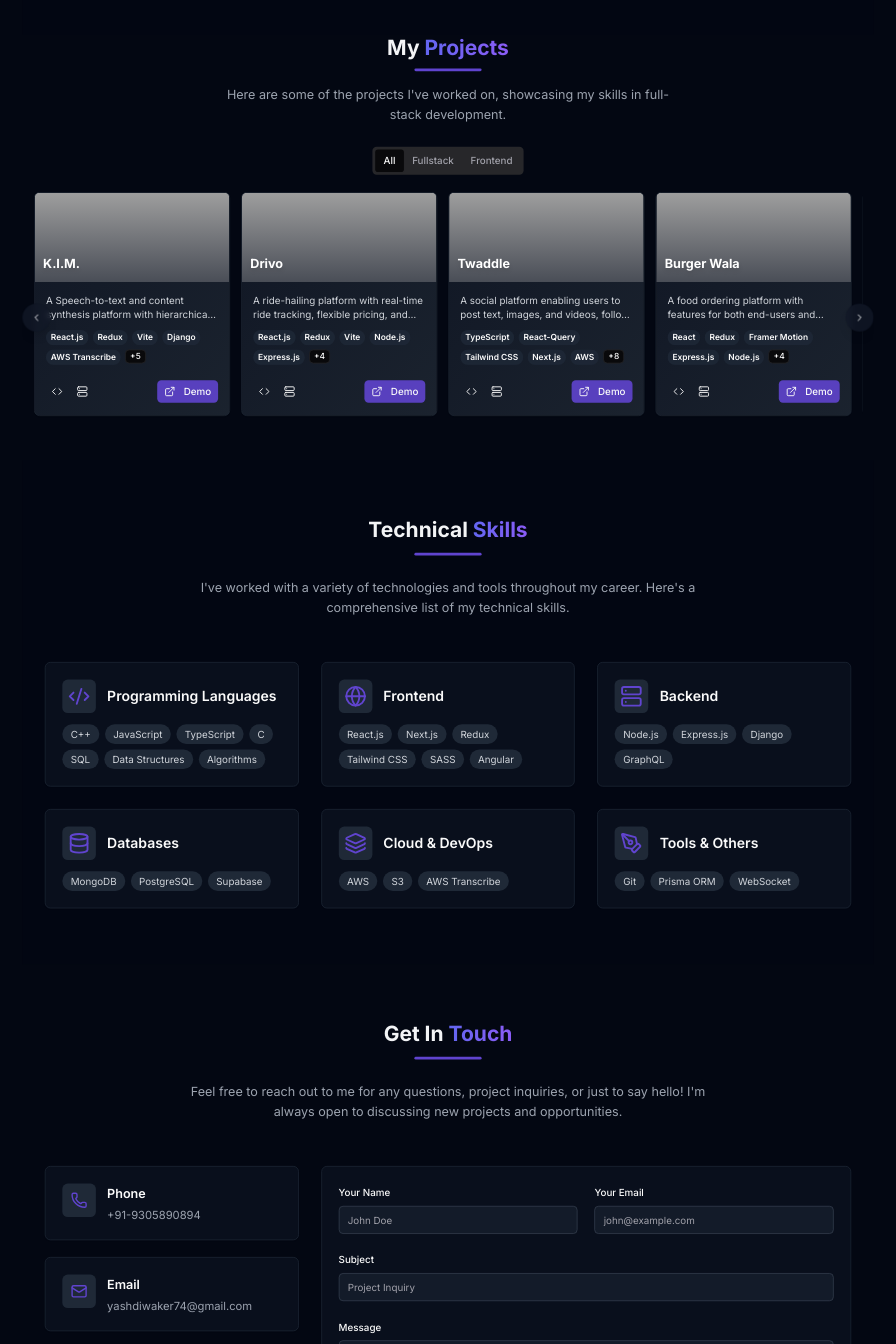
Repository: NoobCoderY/Yash
Page: /
The author's editor kept a copy of each file at every save. The page is drawn from the files as they stood at one save, then again after the next save.
The browser window is 1280 px wide. The pictures show the part of the page from y = 2884 to 4804 px (the page is 5388 px tall before and 5364 px after), at 70% of full size.
Pictures or frames that could not be fetched are drawn as grey boxes. The project was rebuilt for these pictures with package versions that can differ from the ones it lists, and the page was loaded fresh each time. The framework's server and built-in components were replaced by stand-ins that run in the browser. Also part of the build but not shown: next.config.mjs, app/actions/send-email.ts.

Above is the page before, as saved 2025-04-13 10:55:58.

After the next save:
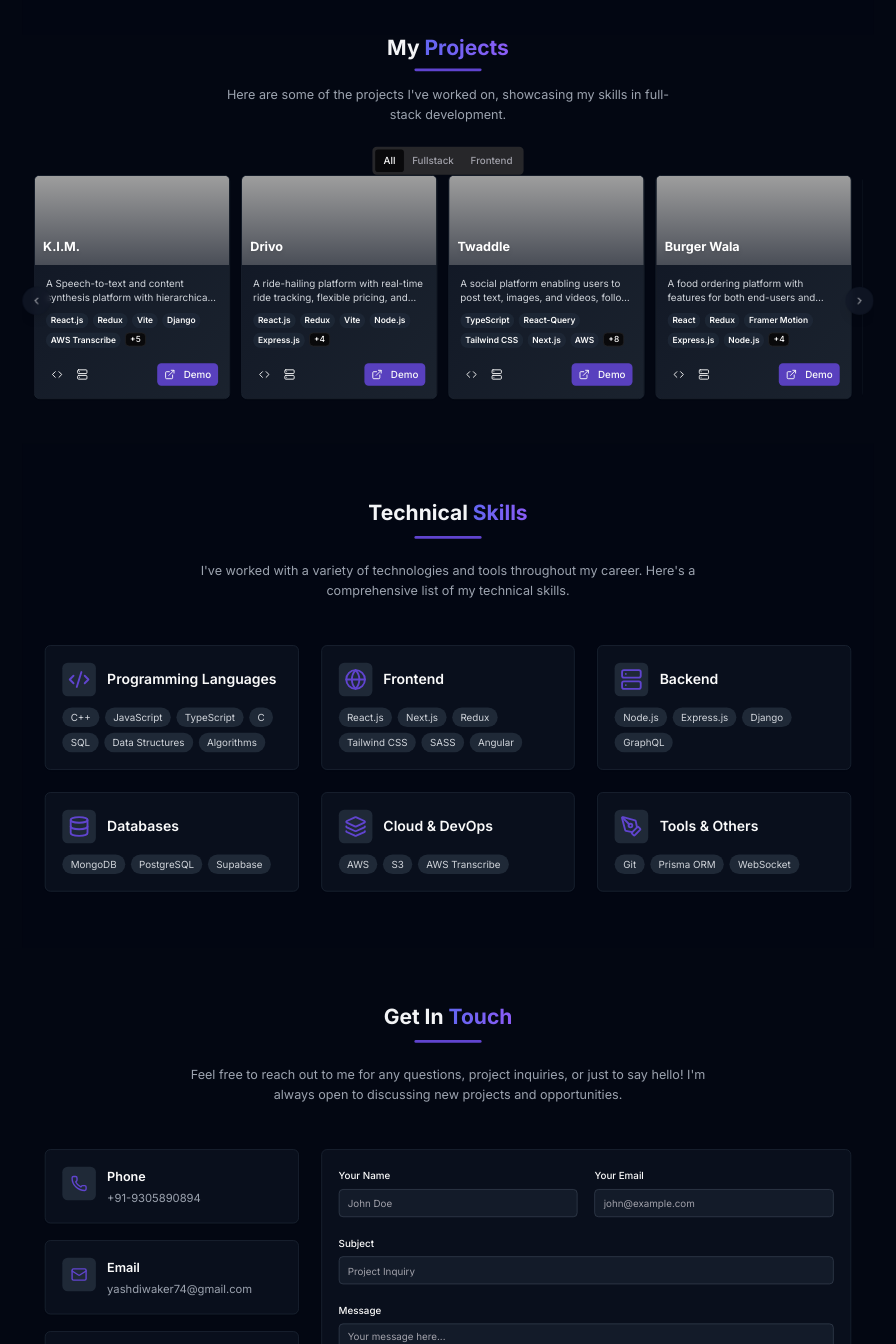
Saved 26 s later.
--- a/components/projects.tsx
+++ b/components/projects.tsx
@@ -262,7 +262,7 @@
           onValueChange={setActiveTab}
           className='mb-6'
         >
-          <div className='flex justify-center mb-6'>
+          <div className='flex justify-center'>
             <TabsList>
               {categories.map((category) => (
                 <TabsTrigger

After the save that followed:
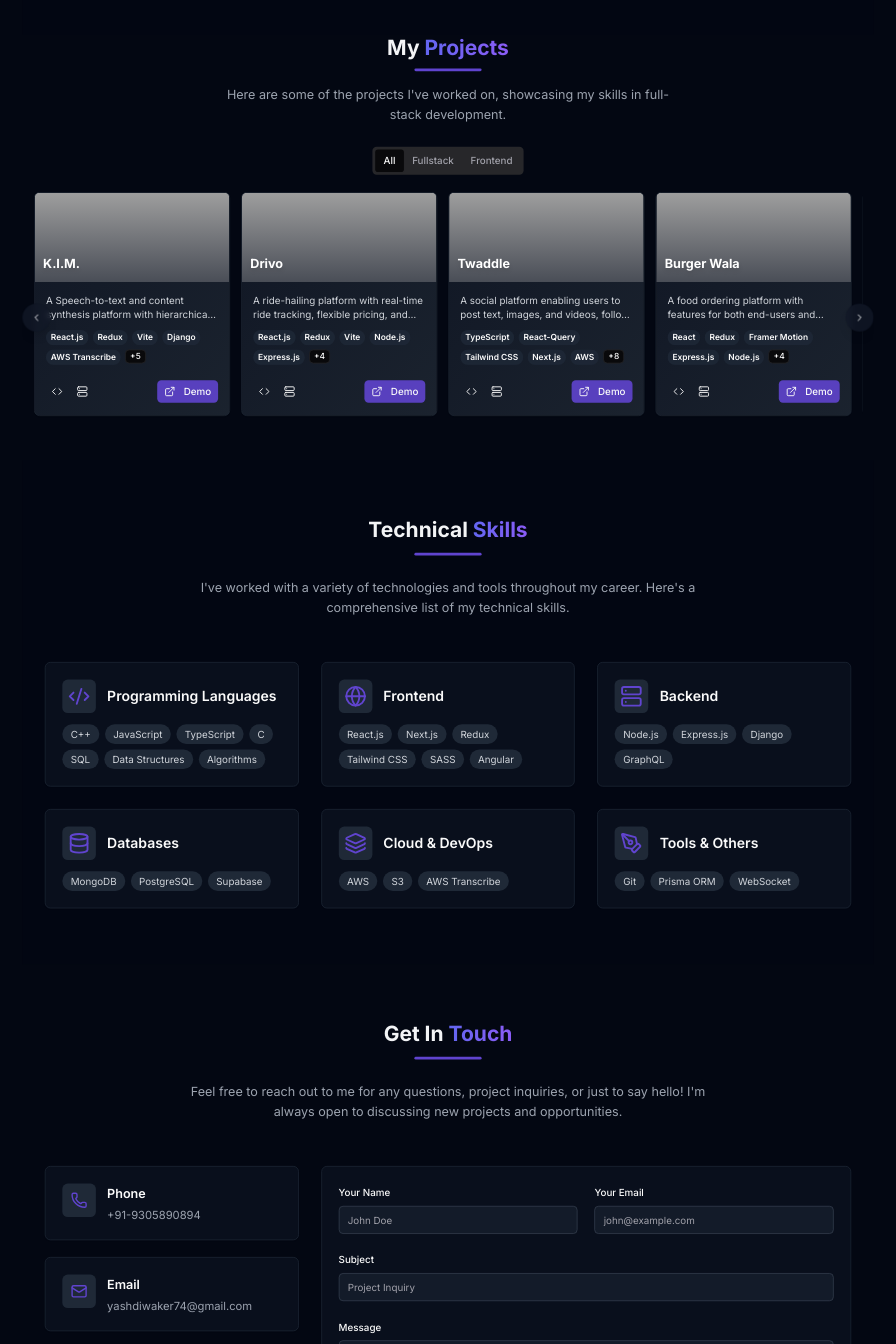
Saved 7 s later.
--- a/components/projects.tsx
+++ b/components/projects.tsx
@@ -262,7 +262,7 @@
           onValueChange={setActiveTab}
           className='mb-6'
         >
-          <div className='flex justify-center'>
+          <div className='flex justify-center mb-6'>
             <TabsList>
               {categories.map((category) => (
                 <TabsTrigger
